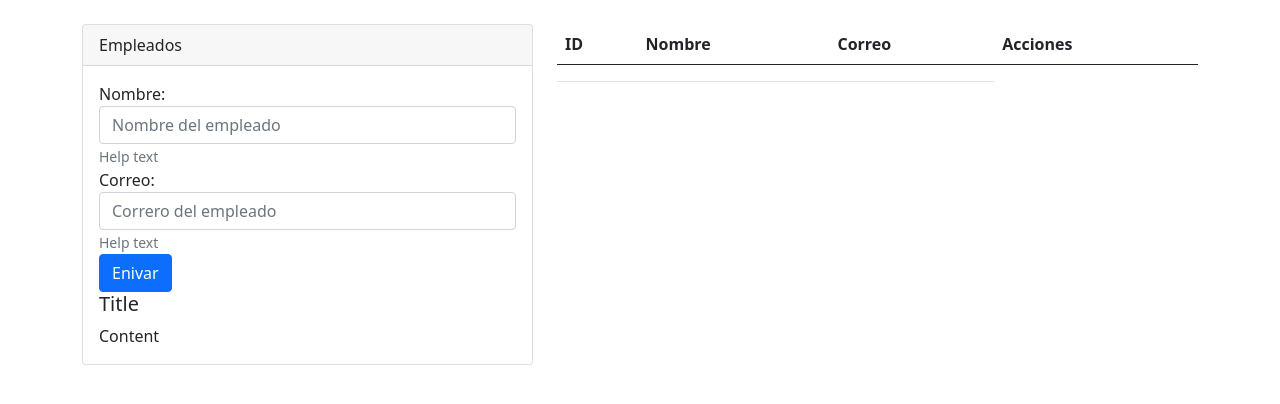
Repository: LionardoGomiz/CRUD-JS-VAINILLA
Page: index.html
These files come from the project's save history. The page is drawn as it stood at one moment and after the next save; the edit follows.
The browser window is 1280 px wide. The pictures show the whole page.

Above is the page before, as saved 2021-08-09 18:03:49.
Console error: SyntaxError: Unexpected identifier 'row'

### index.html
<!DOCTYPE html>
<html lang="es">
<head>
    <meta charset="UTF-8">
    <meta http-equiv="X-UA-Compatible" content="IE=edge">
    <meta name="viewport" content="width=device-width, initial-scale=1.0">
    <title>CRUD JS Vainilla</title>
    <link href="https://cdn.jsdelivr.net/npm/bootstrap@5.1.0/dist/css/bootstrap.min.css" rel="stylesheet" integrity="sha384-KyZXEAg3QhqLMpG8r+8fhAXLRk2vvoC2f3B09zVXn8CA5QIVfZOJ3BCsw2P0p/We" crossorigin="anonymous">
    <script src="https://cdn.jsdelivr.net/npm/bootstrap@5.1.0/dist/js/bootstrap.bundle.min.js" integrity="sha384-U1DAWAznBHeqEIlVSCgzq+c9gqGAJn5c/t99JyeKa9xxaYpSvHU5awsuZVVFIhvj" crossorigin="anonymous"></script>
</head>
<body>
    <!--<a name=""  id="" class="btn btn-primary" href="#" role="button">Hola </a>-->
    <div class="container">
        <br>
        <div class="row">
            <br>
            <div class="col-md-5">
                    <div class="card">
                        <div class="card-header">
                            Empleados
                        </div>
                        <div class="card-body">
                            <form action="javascript:void(0);" method="POST">
                                    <div class="form-group">
                                      <label for="">Nombre:</label>
                                      <input type="text" class="form-control" name="nombre" id="nombre" aria-describedby="helpId" placeholder="Nombre del empleado">
                                      <small id="helpId" class="form-text text-muted">Help text</small>
                                    </div>
                                   <div class="form-group">
                                     <label for="">Correo:</label>
                                     <input type="text" class="form-control" name="nombre" id="nombre" aria-describedby="helpId" placeholder="Correro del empleado">

                                     <small id="helpId" class="form-text text-muted">Help text</small>
                                   </div>
                            </form>
                            <button type="submit" class="btn btn-primary">Enivar</button>
                            <h5 class="card-title">Title</h5>
                            <p class="card-text">Content</p>
                        </div>
                    </div>


            </div>
            <div class="col-md-7">
                <table class="table">
                    <thead>
                        <tr>
                            <th>ID</th>
                            <th>Nombre</th>
                            <th>Correo</th>
                            <th>Acciones</th>
                        </tr>
                    </thead>
                    <tbody id="empleados">

                        <tr>
                            <td scope="row"></td>
                            <td></td>
                            <td></td>
                        </tr>
                    </tbody>
                </table>
            </div>
        </div>
    </div>
    <script>
        var aplicacion = new function(){
            this.empledos = document.getElementById("empleados");
        this.Leer = function(){
            var datos = "";
            datos = "<tr><td>gfg</td> <td scope="row">Leonardo</td><td>lionardo@gmail.com</td><td>Editar | Borrar</td></tr>";
            return this.empledos.innerHTML=datos;
        }
    }
    aplicacion.Leer();
    </script>
</body>
</html>

After the next save:
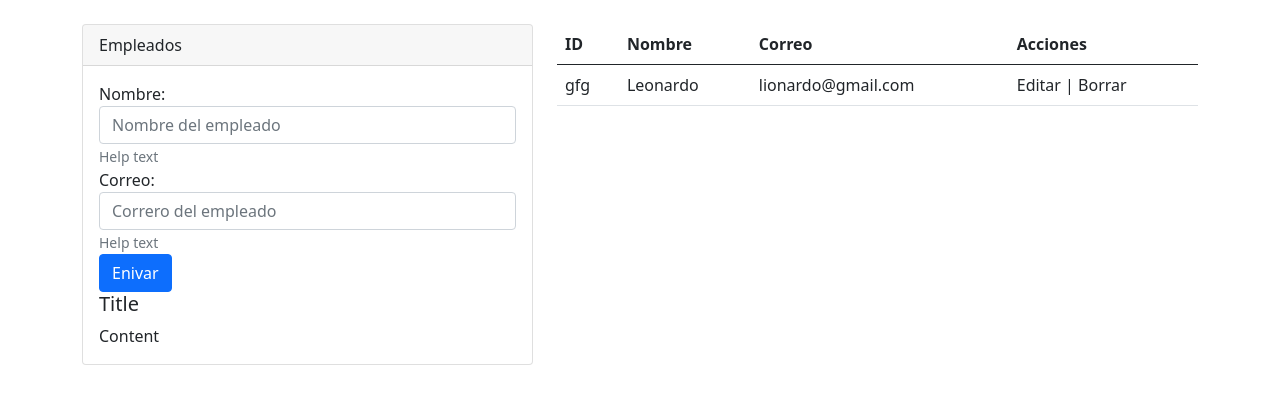
The error is gone.
Saved 3 min 11 s later.
--- a/index.html
+++ b/index.html
@@ -68,7 +68,7 @@
             this.empledos = document.getElementById("empleados");
         this.Leer = function(){
             var datos = "";
-            datos = "<tr><td>gfg</td> <td scope="row">Leonardo</td><td>lionardo@gmail.com</td><td>Editar | Borrar</td></tr>";
+            datos = "<tr><td>gfg</td> <td>Leonardo</td><td>lionardo@gmail.com</td><td>Editar | Borrar</td></tr>";
             return this.empledos.innerHTML=datos;
         }
     }
